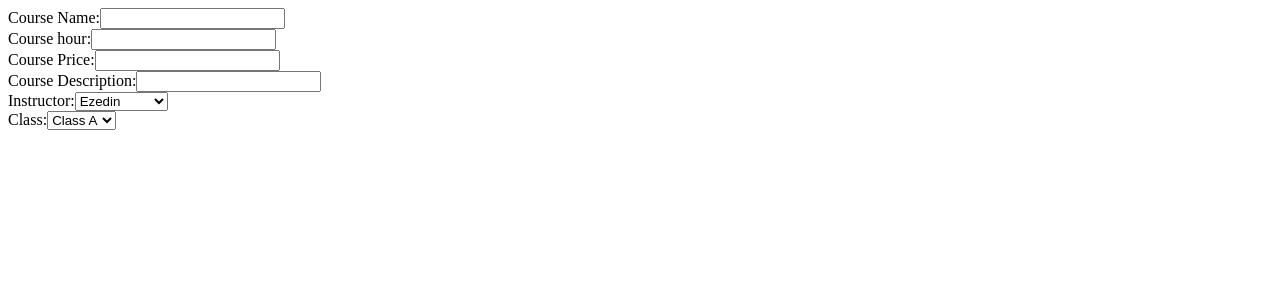
Repository: zshafi01/LearnerAcadamy
Page: http://localhost/LearnerAcadamy/Course.jsp
An editor plug-in stored every save of this project. The page is shown before and after the next save, followed by the edit.
The browser window is 1280 px wide. The pictures show the whole page.
The page is served by Tomcat 9.

Above is the page before, as saved 2021-02-03 06:26:38.

After the next save:
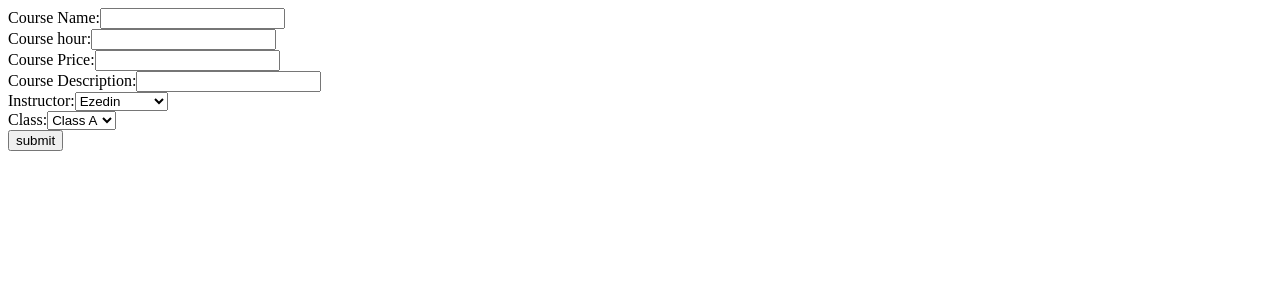
Saved 10 min 49 s later.
--- a/LearnerAcadamy/WebContent/Course.jsp
+++ b/LearnerAcadamy/WebContent/Course.jsp
@@ -10,7 +10,7 @@
 Course Name:<input type="text" name="c_name"><br/>
 Course hour:<input type="text" name="c_hour"><br/>
 Course Price:<input type="text" name="c_price"><br/>
-Course Description:<input type="text" name="c_price"><br/>
+Course Description:<input type="text" name="c_desc"><br/>
 
 Instructor:<select name="instructor">
     <option value="fname1">Ezedin</option>
@@ -22,6 +22,7 @@ Class:<select name="class">
     <option value="classB">Class B</option>
 	 <option value="classC">Class C</option>
 </select><br/>
+<input type="submit" value="submit">
 
 </body>
 </html>
